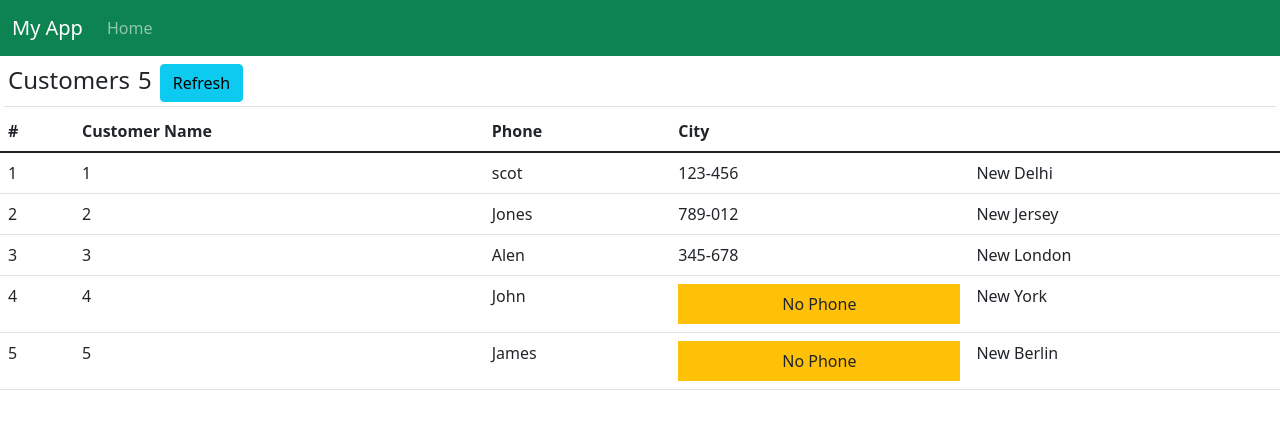
Repository: smit1298/e-commerce
Page: /
An editor plug-in stored every save of this project. The page is shown before and after a run of saves, followed by the edit.
The browser window is 1280 px wide. The pictures show the whole page.
The project was rebuilt for these pictures with package versions that can differ from the ones it lists, and the page was loaded fresh each time.

Above is the page before, as saved 2022-05-10 17:59:00.

### src/index.js
import React from "react";
import ReactDOM from "react-dom";
import "jquery";
import "popper.js/dist/umd/popper";
import "bootstrap/dist/js/bootstrap";
import "bootstrap/dist/css/bootstrap.css";
import "./index.css";
import App from "./App";

ReactDOM.render(<App />, document.getElementById("root"));

### src/index.css
* {
    box-sizing: border-box;
}

.highlight{
    background-color: #80c0b5;
}

.navbar-style{
    background-color: #0c8351 !important;
}

### src/App.jsx
import React, { Component } from "react";
import MainContent from "./MainContent";
import NavBar from "./NavBar";

export default class App extends Component {
  render() {
    return (
      <React.Fragment>
        <NavBar />
        <MainContent />
      </React.Fragment>
    );
  }
}

### src/MainContent.jsx
import React, { Component } from "react";

export default class MainContent extends Component {
  state = {
    pageTitle: "Customers",
    customersCount: 5,
    customers: [
      { id: 1, name: "scot", phone: "123-456", address: { city: "New Delhi" } },
      {
        id: 2,
        name: "Jones",
        phone: "789-012",
        address: { city: "New Jersey" },
        photo: "https://picsum.photos/id/1010/60"
      },
      {
        id: 3,
        name: "Alen",
        phone: "345-678",
        address: { city: "New London" },
        photo: "https://picsum.photos/id/1010/60"
      },
      { id: 4, name: "John", phone: null, address: { city: "New York" },
      photo: "https://picsum.photos/id/1010/60" },
      { id: 5, name: "James", phone: null, address: { city: "New Berlin" },
      photo: "https://picsum.photos/id/1010/60" }
    ]
  };

  render() {
    return (
      <div>
        <h4 className="border-bottom m-1 p-1">
          {this.state.pageTitle}
          <span className="m-2">{this.state.customersCount}</span>
          <button className="btn btn-info" onClick={this.onRefreshClick}>
            Refresh
          </button>
        </h4>
        <table className="table">
          <thead>
            <tr>
              <th>#</th>
              <th>Customer Name</th>
              <th>Phone</th>
              <th>City</th>
            </tr>
          </thead>
          <tbody>{this.getCustomerRow()}</tbody>
        </table>
      </div>
    );
  }

  //   Executes when the user clicks on refresh button
  onRefreshClick = () => {
    this.setState({
      customersCount: 7
    });
  };

  getPhoneToRender = (phone) => {
    if (phone) return phone;
    else return <div className="bg-warning p-2 text-center">No Phone</div>;
  };

  getCustomerRow = () => {
    return this.state.customers.map((cust) => {
      return (
        <tr key={cust.id}>
          <td>{cust.id}</td>
          <td>{cust.id}</td>
          <td>{cust.name}</td>
          <td> {this.getPhoneToRender(cust.phone)}</td>
          <td>{cust.address.city}</td>
        </tr>
      );
    });
  };
}

### src/NavBar.jsx
import React, { Component } from "react";

class NavBar extends Component {
  render() {
    return (
      <React.Fragment>
        <nav className="navbar navbar-expand-lg navbar-dark bg-dark navbar-style">
          <div className="container-fluid">
            <a className="navbar-brand" href="/#">
              My App
            </a>
            <button
              className="navbar-toggler"
              type="button"
              data-bs-toggle="collapse"
              data-bs-target="#navbarSupportedContent"
              aria-controls="navbarSupportedContent"
              aria-expanded="false"
              aria-label="Toggle navigation"
            >
              <span className="navbar-toggler-icon"></span>
            </button>

            <div
              className="collapse navbar-collapse"
              id="navbarSupportedContent"
            >
              <ul className="navbar-nav me-auto mb-2 mb-lg-0">
                <li className="nav-item">
                  <a className="nav-link" href="/#">
                    Home
                  </a>
                </li>
              </ul>
            </div>
          </div>
        </nav>
      </React.Fragment>
    );
  }
}

export default NavBar;

Loaded but not shown: public/index.html (common file)

After the next 2 saves:
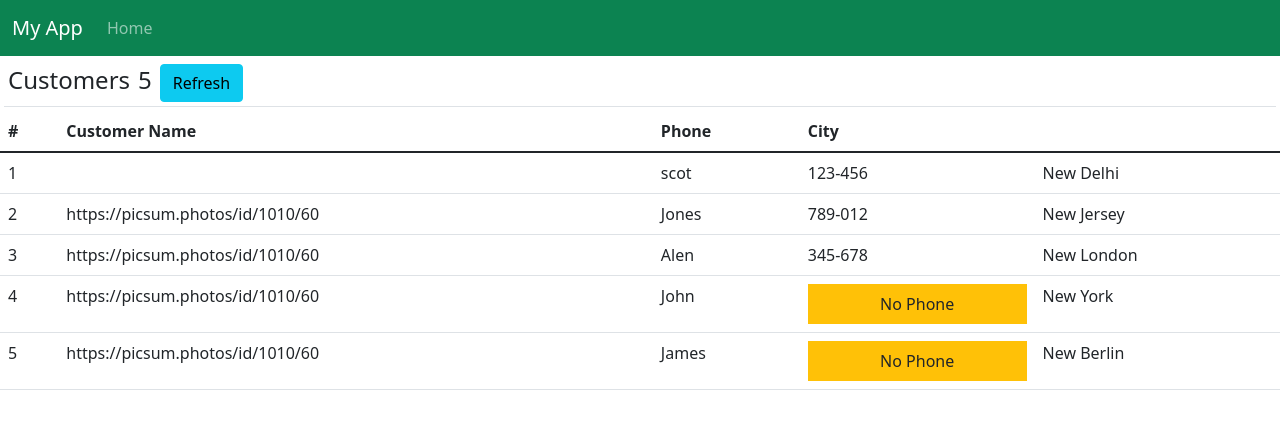
The 2 saves are shown as one change because they came seconds apart.
The last was saved 6 s later.
--- a/src/MainContent.jsx
+++ b/src/MainContent.jsx
@@ -69,7 +69,7 @@ export default class MainContent extends Component {
       return (
         <tr key={cust.id}>
           <td>{cust.id}</td>
-          <td>{cust.id}</td>
+          <td>{cust.photo}</td>
           <td>{cust.name}</td>
           <td> {this.getPhoneToRender(cust.phone)}</td>
           <td>{cust.address.city}</td>
